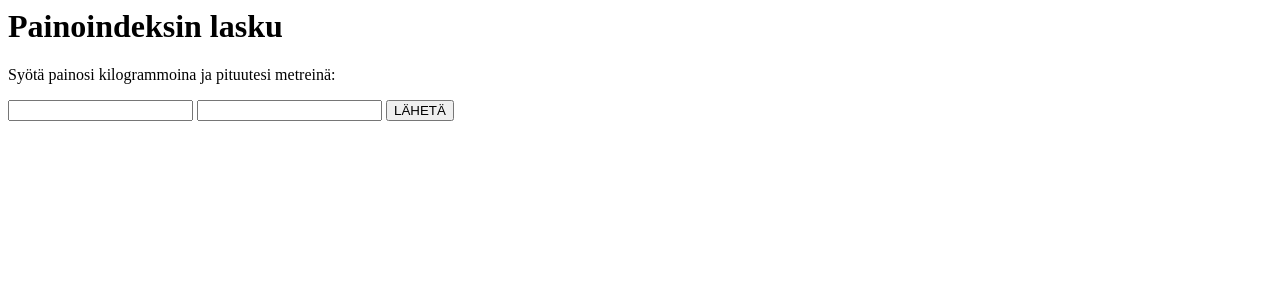
Repository: koodaajakige/knykanen
Page: public_html/be/bmi.html
An editor plug-in stored every save of this project. The page is shown before and after the next save, followed by the edit.
The browser window is 1280 px wide. The pictures show the whole page.

Above is the page before, as saved 2022-10-14 09:39:26.

### public_html/be/bmi.html
<head></head>
    <meta charset="UTF-8">
</head>
<body>
<h1>Painoindeksin lasku</h1>
<p>Syötä painosi kilogrammoina ja pituutesi metreinä:</p>
<form action="bmi.php" method="GET">
    <input type="text" name="luku1">
    <input type="text" name="luku2">
    <input type="submit" value="LÄHETÄ">
</form>
</body>

After the next save:
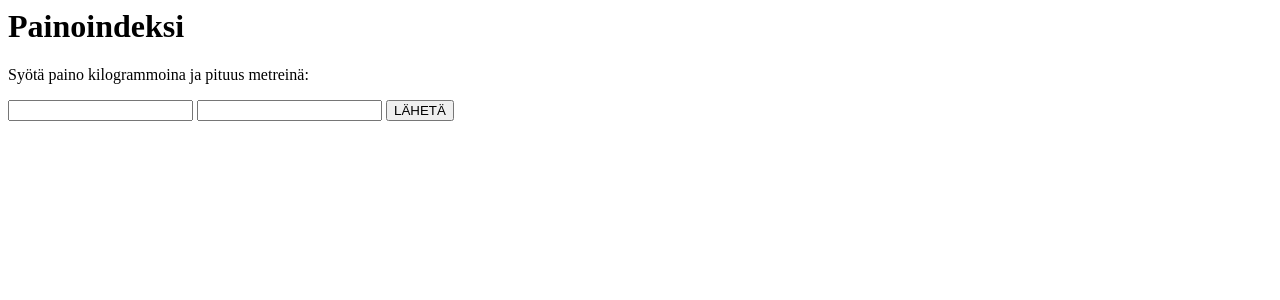
Saved 42 s later.
--- a/public_html/be/bmi.html
+++ b/public_html/be/bmi.html
@@ -2,8 +2,8 @@
     <meta charset="UTF-8">
 </head>
 <body>
-<h1>Painoindeksin lasku</h1>
-<p>Syötä painosi kilogrammoina ja pituutesi metreinä:</p>
+<h1>Painoindeksi</h1>
+<p>Syötä paino kilogrammoina ja pituus metreinä:</p>
 <form action="bmi.php" method="GET">
     <input type="text" name="luku1">
     <input type="text" name="luku2">
